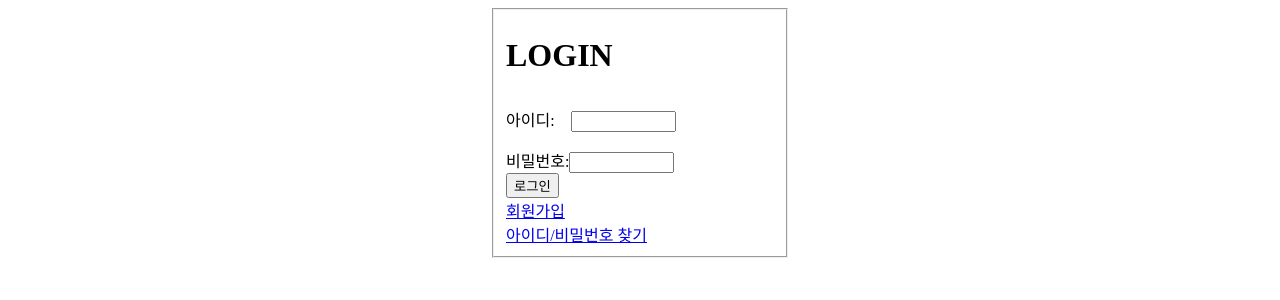
Repository: to-flatwhite1/JSP
Page: http://localhost/JSP/next.jsp
An editor plug-in stored every save of this project. The page is shown before and after the next save, followed by the edit.
The browser window is 1280 px wide. The pictures show the whole page.
The page is served by Tomcat 9.

Above is the page before, as saved 2024-05-17 09:39:42.

After the next save:
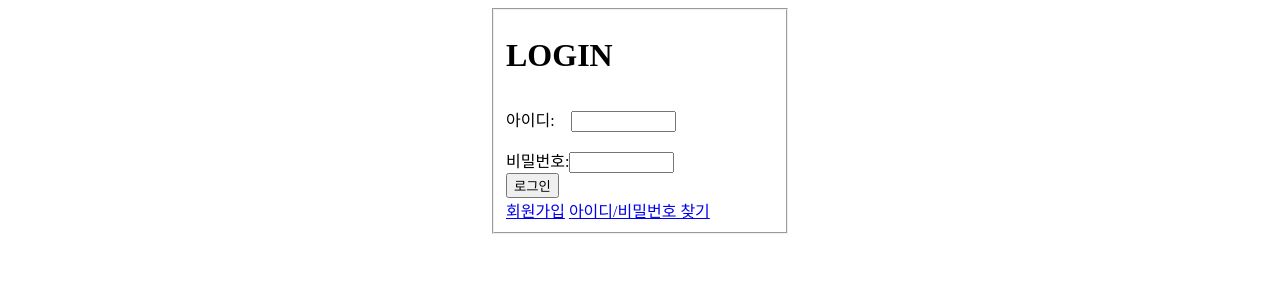
Saved 39 s later.
--- a/portfolio-master/JSP/src/main/webapp/next.jsp
+++ b/portfolio-master/JSP/src/main/webapp/next.jsp
@@ -22,8 +22,8 @@
 	<h1>LOGIN</h1>
 	아이디:<input type="text" id="user_id" size="10"><br>
 	비밀번호:<input type="password" id="user_pw" size="10"><br>
-	<input type="submit" value="로그인" size="30"><br>
-	<a href="next2.jsp">회원가입</a><br>
+	<input type="submit" value="로그인"><br>
+	<a href="next2.jsp">회원가입</a>
 	<a href="next3.jsp">아이디/비밀번호 찾기</a>
 	</fieldset>
 	</form>
